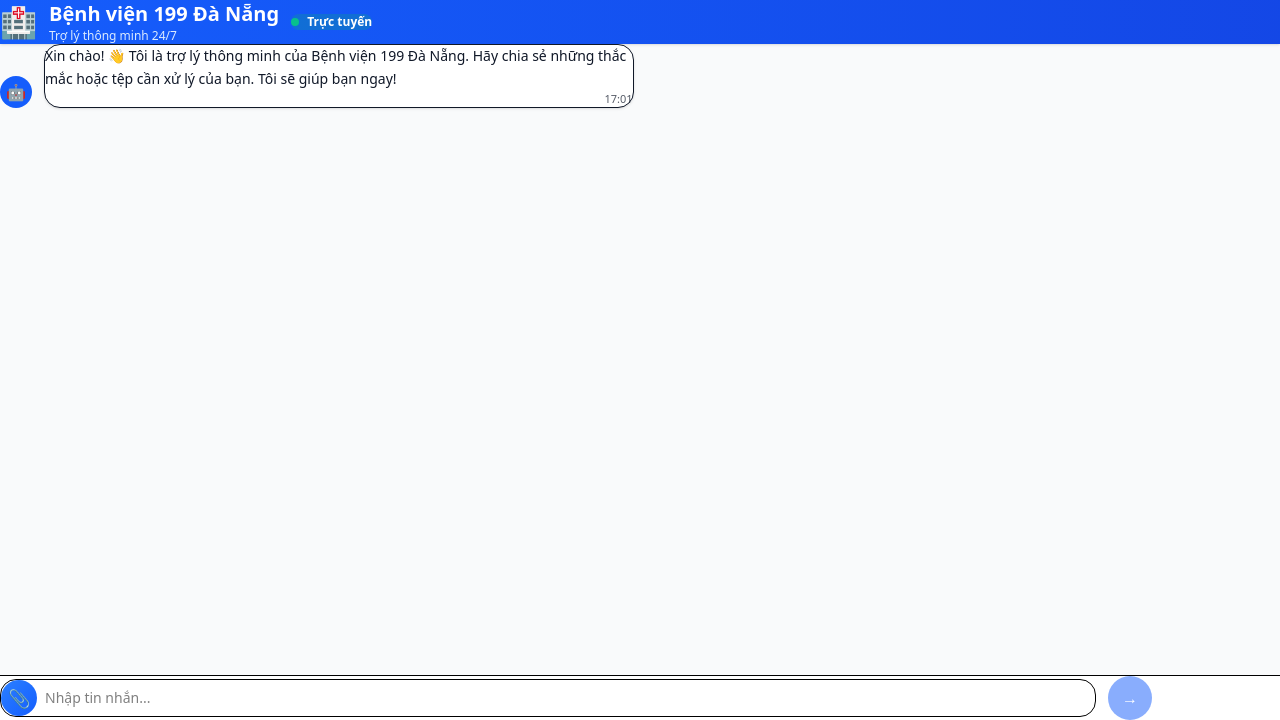
Repository: France2003/B-nh_Vi-n_199
Page: /
An editor plug-in stored every save of this project. The page is shown before and after the next save, followed by the edit.
The browser window is 1280 px wide. The pictures show the whole page.
The project was rebuilt for these pictures with package versions that can differ from the ones it lists, and the page was loaded fresh each time. Also part of the build but not shown: vite.config.ts, src/App.css, src/components/FilePreview.tsx.

Above is the page before, as saved 2026-01-10 11:55:25.

### index.html
<!doctype html>
<html lang="en">
  <head>
    <meta charset="UTF-8" />
    <link rel="icon" type="image/svg+xml" href="/vite.svg" />
    <meta name="viewport" content="width=device-width, initial-scale=1.0" />
    <title>chat199</title>
  </head>
  <body>
    <div id="root"></div>
    <script type="module" src="/src/main.tsx"></script>
  </body>
</html>

### src/index.css
@import "tailwindcss";

:root {
  --hospital-50: #f0f7fc;
  --hospital-100: #dceef9;
  --hospital-200: #b9def3;
  --hospital-300: #8fcde9;
  --hospital-400: #5ab9dd;
  --hospital-500: #35a4d0;
  --hospital-600: #2a7bb7;
  --hospital-700: #1e5b8d;
  --hospital-800: #0d4a73;
  --hospital-900: #081f2e;
}

* {
  @apply m-0 p-0 box-border;
}

html,
body {
  @apply h-full w-full;
}

body {
  @apply overflow-hidden;
}

#root {
  @apply h-screen w-screen;
}

/* Scrollbar Styling */
::-webkit-scrollbar {
  @apply w-2 h-2;
}

::-webkit-scrollbar-track {
  @apply bg-transparent;
}

::-webkit-scrollbar-thumb {
  background-color: rgb(13, 74, 115, 0.3);
  border-radius: 4px;
}

::-webkit-scrollbar-thumb:hover {
  background-color: rgb(13, 74, 115, 0.5);
}

/* Custom animations */
@keyframes slideIn {
  from {
    opacity: 0;
    transform: translateY(10px);
  }
  to {
    opacity: 1;
    transform: translateY(0);
  }
}

@keyframes bounce {
  0%, 80%, 100% {
    opacity: 0.5;
    transform: translateY(0);
  }
  40% {
    opacity: 1;
    transform: translateY(-10px);
  }
}

.animate-in {
  animation: slideIn 0.3s ease forwards;
}

.delay-200 {
  animation-delay: 200ms;
}

.delay-400 {
  animation-delay: 400ms;
}

.slide-in-from-bottom-2 {
  --tw-enter-translate-y: 8px;
}

### src/App.tsx
import './App.css'
import { ChatBot } from './components/ChatBot'

function App() {
  return <ChatBot />
}

export default App

### src/components/ChatBot.tsx
import React, { useState, useRef, useEffect } from 'react';
import type { Message, UploadedFile } from '../types';
import { ChatMessage } from './ChatMessage';
import { FileUploader } from './FileUploader';
import { FilePreview } from './FilePreview';

export const ChatBot: React.FC = () => {
  const [messages, setMessages] = useState<Message[]>([
    {
      id: '1',
      type: 'bot',
      content:
        'Xin chào! 👋 Tôi là trợ lý thông minh của Bệnh viện 199 Đà Nẵng. Hãy chia sẻ những thắc mắc hoặc tệp cần xử lý của bạn. Tôi sẽ giúp bạn ngay!',
      timestamp: new Date(),
    },
  ]);

  const [uploadedFiles, setUploadedFiles] = useState<UploadedFile[]>([]);
  const [inputValue, setInputValue] = useState('');
  const [isLoading, setIsLoading] = useState(false);
  const messagesEndRef = useRef<HTMLDivElement>(null);

  useEffect(() => {
    messagesEndRef.current?.scrollIntoView({ behavior: 'smooth' });
  }, [messages, isLoading]);

  const handleSendMessage = async () => {
    if (!inputValue.trim() && uploadedFiles.length === 0) return;

    const userMessage: Message = {
      id: `${Date.now()}`,
      type: 'user',
      content: inputValue,
      timestamp: new Date(),
      files: uploadedFiles.length ? [...uploadedFiles] : undefined,
    };

    setMessages((prev) => [...prev, userMessage]);
    setInputValue('');
    setUploadedFiles([]);
    setIsLoading(true);

    setTimeout(() => {
      setMessages((prev) => [
        ...prev,
        {
          id: `${Date.now() + 1}`,
          type: 'bot',
          content: generateBotResponse(userMessage),
          timestamp: new Date(),
        },
      ]);
      setIsLoading(false);
    }, 800);
  };

  const generateBotResponse = (msg: Message) => {
    if (msg.files?.length) {
      return `✓ Đã nhận ${msg.files.length} tệp: ${msg.files
        .map((f) => f.name)
        .join(', ')}`;
    }
    return '✓ Bệnh viện 199 sẵn sàng hỗ trợ. Bạn cần tôi giúp gì thêm?';
  };

  return (
    <div className="flex flex-col h-screen bg-gray-50">
      {/* HEADER */}
      <header className="flex items-center gap-3 px-6 py-4 bg-gradient-to-r from-blue-600 to-blue-700 text-white shadow">
        <div className="text-3xl">🏥</div>
        <div>
          <h1 className="text-xl font-bold">Bệnh viện 199 Đà Nẵng</h1>
          <p className="text-xs text-blue-100">Trợ lý thông minh 24/7</p>
        </div>
        <div className="ml-auto flex items-center gap-2 bg-green-500/20 px-3 py-1 rounded-full">
          <span className="w-2 h-2 bg-green-400 rounded-full animate-pulse" />
          <span className="text-xs font-semibold">Trực tuyến</span>
        </div>
      </header>

      {/* CHAT */}
      <div className="flex-1 overflow-y-auto px-4 py-6">
        <div className="w-full space-y-5 px-2 sm:px-6 lg:px-10">
          {messages.map((m) => (
            <ChatMessage key={m.id} message={m} />
          ))}

          {isLoading && (
            <div className="flex gap-3">
              <div className="w-8 h-8 rounded-full bg-blue-600 flex items-center justify-center text-white">
                🤖
              </div>
              <div className="flex gap-1 bg-white px-4 py-3 rounded-2xl shadow">
                <span className="w-2 h-2 bg-blue-500 rounded-full animate-bounce" />
                <span className="w-2 h-2 bg-blue-500 rounded-full animate-bounce [animation-delay:0.15s]" />
                <span className="w-2 h-2 bg-blue-500 rounded-full animate-bounce [animation-delay:0.3s]" />
              </div>
            </div>
          )}

          <div ref={messagesEndRef} />
        </div>
      </div>

      {/* INPUT */}
      <div className="border-t bg-white px-4 py-4">
        <div className="w-full max-w-6xl mx-auto">
          {uploadedFiles.length > 0 && (
            <FilePreview
              files={uploadedFiles}
              onRemove={(id) =>
                setUploadedFiles((f) => f.filter((x) => x.id !== id))
              }
              onDescriptionChange={(id, desc) =>
                setUploadedFiles((f) =>
                  f.map((x) => (x.id === id ? { ...x, description: desc } : x))
                )
              }
            />
          )}

          <div className="flex items-center gap-3 mt-3">
            <div className="flex flex-1 items-center gap-2 border rounded-2xl px-3 py-2">
              <FileUploader
                onFilesUpload={(f) => setUploadedFiles((p) => [...p, ...f])}
                showLabel={false}
              />
              <input
                value={inputValue}
                onChange={(e) => setInputValue(e.target.value)}
                onKeyDown={(e) => e.key === 'Enter' && handleSendMessage()}
                placeholder="Nhập tin nhắn..."
                className="flex-1 outline-none text-sm"
              />
            </div>

            <button
              onClick={handleSendMessage}
              disabled={!inputValue.trim() && !uploadedFiles.length}
              className="w-11 h-11 rounded-full bg-blue-600 text-white font-bold hover:scale-105 transition disabled:opacity-50"
            >
              →
            </button>
          </div>
        </div>
      </div>
    </div>
  );
};

### src/components/ChatMessage.tsx
import React from 'react';
import type { Message } from '../types';

export const ChatMessage: React.FC<{ message: Message }> = ({ message }) => {
  const isUser = message.type === 'user';

  return (
    <div className={`w-full flex ${isUser ? 'justify-end' : 'justify-start'}`}>
      <div className="flex items-end gap-3">
        {!isUser && (
          <div className="w-8 h-8 rounded-full bg-blue-600 text-white flex items-center justify-center">
            🤖
          </div>
        )}

        <div
          className={`
            inline-block w-fit
            max-w-[85%] sm:max-w-[70%] lg:max-w-[60%]
            px-4 py-3 rounded-2xl shadow
            ${isUser
              ? 'bg-blue-600 text-white'
              : 'bg-white text-gray-900 border'
            }
          `}
        >
          <div className="text-sm whitespace-pre-wrap leading-relaxed">
            {message.content}
          </div>
          <div className="mt-1 text-[11px] opacity-70 text-right">
            {message.timestamp.toLocaleTimeString('vi-VN', {
              hour: '2-digit',
              minute: '2-digit',
            })}
          </div>
        </div>

        {isUser && (
          <div className="w-8 h-8 rounded-full bg-gray-200 text-blue-700 flex items-center justify-center text-xs">
            Bạn
          </div>
        )}
      </div>
    </div>
  );
};

### src/components/FileUploader.tsx
import React, { useState, useRef } from 'react';
import type { UploadedFile } from '../types';

interface FileUploaderProps {
  onFilesUpload: (files: UploadedFile[]) => void;
  showLabel?: boolean;
}

export const FileUploader: React.FC<FileUploaderProps> = ({ onFilesUpload, showLabel = true }) => {
  const [isDragActive, setIsDragActive] = useState(false);
  const fileInputRef = useRef<HTMLInputElement>(null);

  const handleDrag = (e: React.DragEvent) => {
    e.preventDefault();
    e.stopPropagation();
    if (e.type === 'dragenter' || e.type === 'dragover') {
      setIsDragActive(true);
    } else if (e.type === 'dragleave') {
      setIsDragActive(false);
    }
  };

  const processFiles = (files: FileList) => {
    const uploadedFiles: UploadedFile[] = [];

    Array.from(files).forEach((file) => {
      const isImage = file.type.startsWith('image/');
      const uploadedFile: UploadedFile = {
        id: `${Date.now()}-${Math.random()}`,
        name: file.name,
        type: isImage ? 'image' : 'file',
        file,
      };

      if (isImage) {
        const reader = new FileReader();
        reader.onload = (e) => {
          uploadedFile.preview = e.target?.result as string;
        };
        reader.readAsDataURL(file);
      }

      uploadedFiles.push(uploadedFile);
    });

    onFilesUpload(uploadedFiles);
  };

  const handleDrop = (e: React.DragEvent) => {
    e.preventDefault();
    e.stopPropagation();
    setIsDragActive(false);

    if (e.dataTransfer.files && e.dataTransfer.files[0]) {
      processFiles(e.dataTransfer.files);
    }
  };

  const handleChange = (e: React.ChangeEvent<HTMLInputElement>) => {
    if (e.target.files) {
      processFiles(e.target.files);
    }
  };

  if (!showLabel) {
    return (
      <>
        <input
          ref={fileInputRef}
          type="file"
          multiple
          onChange={handleChange}
          accept="image/*,.pdf,.doc,.docx,.xls,.xlsx,.txt"
          className="hidden"
          id="file-upload-input"
        />
        <label
          htmlFor="file-upload-input"
          className="flex items-center justify-center w-9 h-9 rounded-full bg-gradient-to-br from-blue-500 to-blue-600 text-white cursor-pointer hover:shadow-md transition-transform active:scale-95 flex-shrink-0"
          title="Tải file"
          onDragEnter={handleDrag}
          onDragLeave={handleDrag}
          onDragOver={handleDrag}
          onDrop={handleDrop}
        >
          <span className="text-lg">📎</span>
        </label>
      </>
    );
  }

  return (
    <div
      className={`border-2 border-dashed rounded-2xl p-8 text-center transition-all cursor-pointer mb-5 ${
        isDragActive
          ? 'border-blue-500 bg-blue-50 shadow-lg scale-105'
          : 'border-blue-300 bg-blue-50 hover:bg-blue-100 hover:border-blue-400'
      }`}
      onDragEnter={handleDrag}
      onDragLeave={handleDrag}
      onDragOver={handleDrag}
      onDrop={handleDrop}
    >
      <input
        ref={fileInputRef}
        type="file"
        multiple
        onChange={handleChange}
        accept="image/*,.pdf,.doc,.docx,.xls,.xlsx,.txt"
        className="hidden"
      />
      <div className="pointer-events-none">
        <div className="text-4xl mb-3">📁</div>
        <p className="m-0 mb-2 text-base font-bold text-blue-900">Kéo thả file tại đây</p>
        <p className="m-0 text-sm text-blue-600 mb-3">hoặc nhấp để chọn từ máy tính</p>
        <p className="m-0 text-xs text-blue-500">Hỗ trợ: Hình ảnh, PDF, Word, Excel</p>
      </div>
    </div>
  );
};

Loaded but not shown: src/main.tsx (common file)

After the next save:
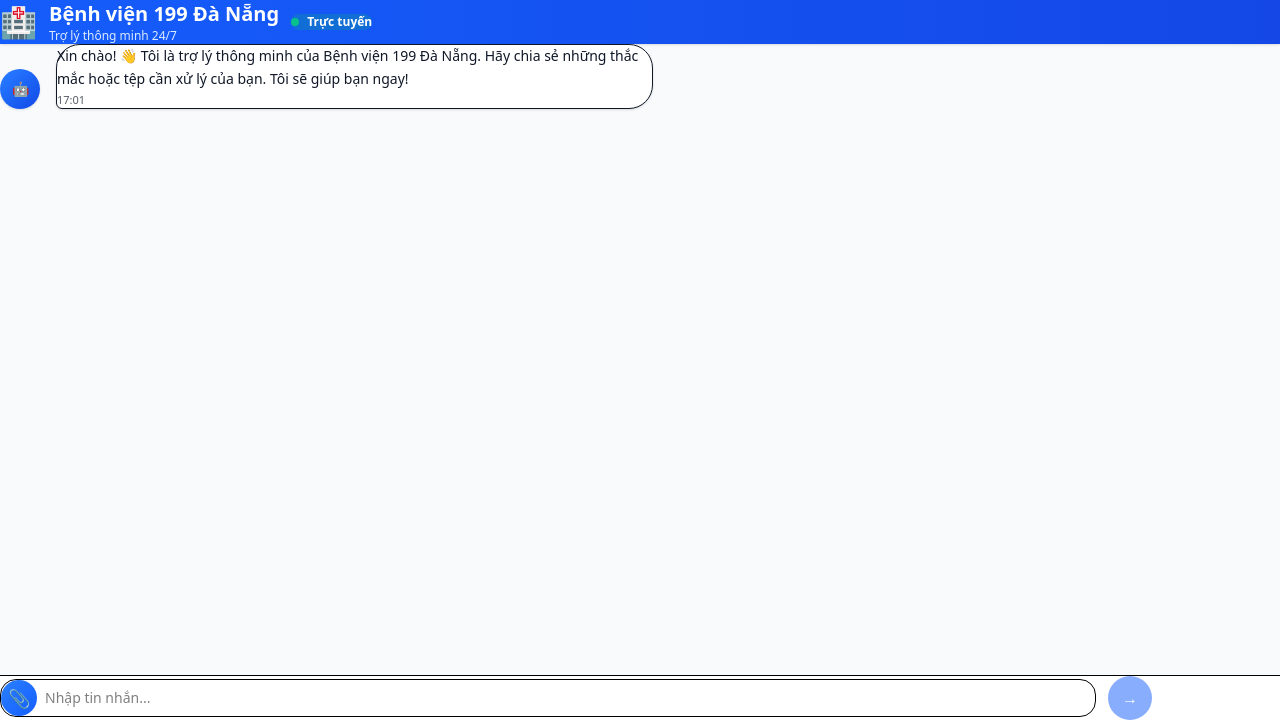
Saved 2 min 37 s later.
--- a/src/components/ChatMessage.tsx
+++ b/src/components/ChatMessage.tsx
@@ -6,40 +6,45 @@
 
   return (
     <div className={`w-full flex ${isUser ? 'justify-end' : 'justify-start'}`}>
-      <div className="flex items-end gap-3">
-        {!isUser && (
-          <div className="w-8 h-8 rounded-full bg-blue-600 text-white flex items-center justify-center">
-            🤖
-          </div>
-        )}
+      <div
+        className={`flex items-end gap-4 max-w-[92%] ${isUser ? 'flex-row-reverse' : ''
+          }`}
+      >
+        {/* AVATAR */}
+        <div
+          className={`w-10 h-10 shrink-0 rounded-full flex items-center justify-center text-sm shadow
+            ${isUser
+              ? 'bg-blue-600 text-white'
+              : 'bg-gradient-to-br from-blue-500 to-blue-700 text-white'
+            }`}
+        >
+          {isUser ? 'Bạn' : '🤖'}
+        </div>
 
+        {/* MESSAGE BUBBLE */}
         <div
           className={`
-            inline-block w-fit
-            max-w-[85%] sm:max-w-[70%] lg:max-w-[60%]
-            px-4 py-3 rounded-2xl shadow
+            max-w-[80%] sm:max-w-[68%] lg:max-w-[60%]
+            px-5 py-4 rounded-3xl shadow-sm
+            text-sm leading-relaxed
             ${isUser
-              ? 'bg-blue-600 text-white'
-              : 'bg-white text-gray-900 border'
+              ? 'bg-blue-600 text-white rounded-br-md'
+              : 'bg-white text-gray-900 border rounded-bl-md'
             }
           `}
         >
-          <div className="text-sm whitespace-pre-wrap leading-relaxed">
-            {message.content}
-          </div>
-          <div className="mt-1 text-[11px] opacity-70 text-right">
+          <div className="whitespace-pre-wrap">{message.content}</div>
+
+          <div
+            className={`mt-2 text-[11px] opacity-70 ${isUser ? 'text-right' : 'text-left'
+              }`}
+          >
             {message.timestamp.toLocaleTimeString('vi-VN', {
               hour: '2-digit',
               minute: '2-digit',
             })}
           </div>
         </div>
-
-        {isUser && (
-          <div className="w-8 h-8 rounded-full bg-gray-200 text-blue-700 flex items-center justify-center text-xs">
-            Bạn
-          </div>
-        )}
       </div>
     </div>
   );
